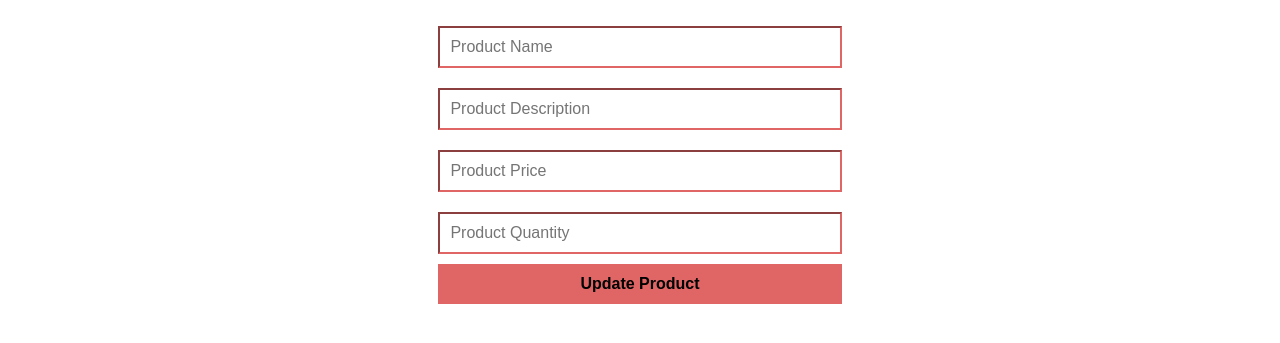
Repository: developerks611/Bumble-bee
Page: http://localhost/Bumble/view-one-brand.jsp
The author's editor kept a copy of each file at every save. The page is drawn from the files as they stood at one save, then again after the next save.
The browser window is 1280 px wide. The pictures show the whole page.
The page is served by Tomcat 9.

Above is the page before, as saved 2023-03-02 07:05:52.

After the next save:
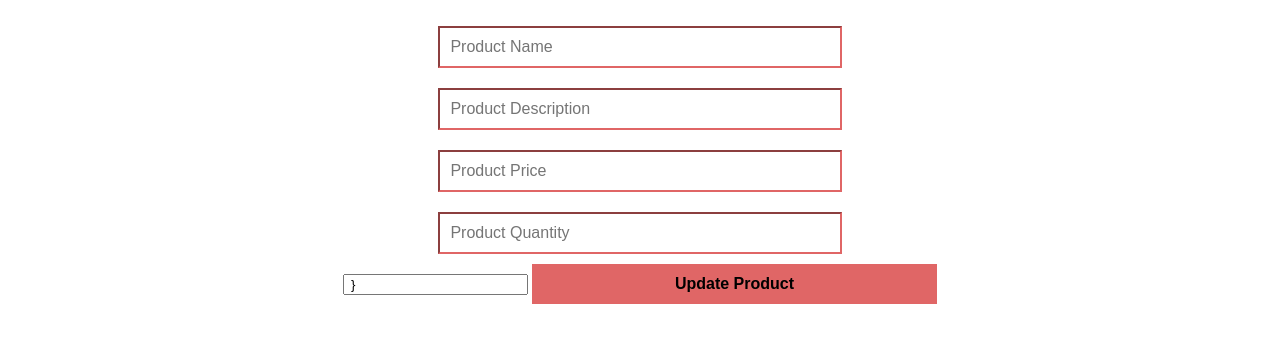
Saved 9 min 50 s later.
--- a/Bumble/src/main/webapp/view-one-brand.jsp
+++ b/Bumble/src/main/webapp/view-one-brand.jsp
@@ -52,7 +52,7 @@
 <input type="number" placeholder="Product Price" name="price" required min="1" class="txt_input" value="${product.getPrice()}" required><br>
 <input type="number" placeholder="Product Quantity" name="quantity" required min="1" class="txt_input" value="${product.getQuantity()}" required><br>
 <input type="hidden" name="action" value="updatedproduct">
-<input type="hidden" name="pid" value="${product.getProductid()} }">
+<input type="text" name="pid" value="${product.getProductid()} }">
 <button type="submit" class="btn btn-success createAccount">Update Product</button>
 
 </form>
